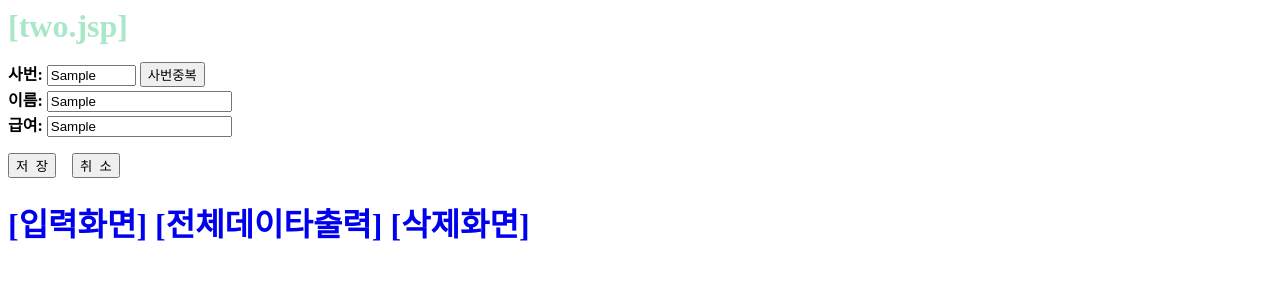
Repository: sorakazae/ITBANK_JSP_101
Page: http://localhost/Web0517/two.jsp
These files come from the project's save history. The page is drawn as it stood at one moment and after the next save; the edit follows.
The browser window is 1280 px wide. The pictures show the whole page.
Empty fields were first filled with sample values (such as "Sample", 5 or name@example.com).
After loading, the first visible `input[onclick="move()"]` was clicked once.
The page is served by Tomcat 9.

Above is the page before, as saved 2014-05-31 01:50:27.
Console error: SyntaxError: Unexpected token ';'

After the next save:
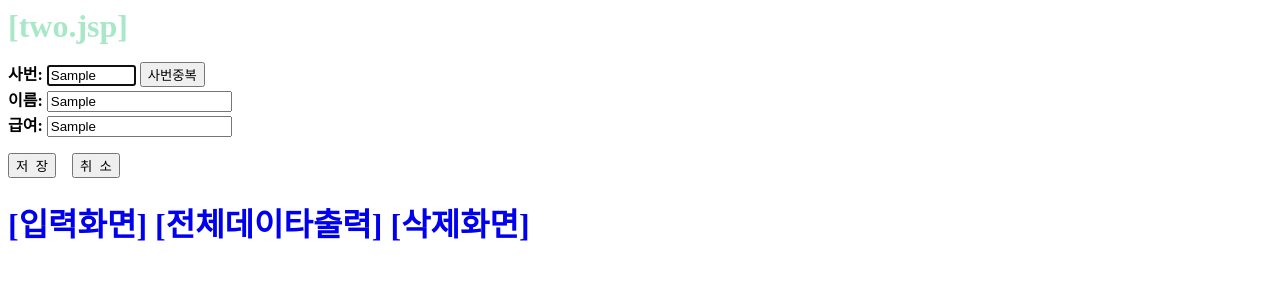
The error is gone.
Saved 32 s later.
--- a/day8/my/Web0517/WebContent/two.jsp
+++ b/day8/my/Web0517/WebContent/two.jsp
@@ -10,7 +10,7 @@
  </style>
  <script type = "text/javascript">
  	function move(){
- 		if(document.myform.sabun.value;==""){
+ 		if(document.myform.sabun.value==""){
  			alert("사번이 공백입니다"); // alert(" 메세지 "); 안내문메세지
  			document.myform.sabun.focus();// 재입력을 위해서 초점(커서)이 간다.
  			return false;
